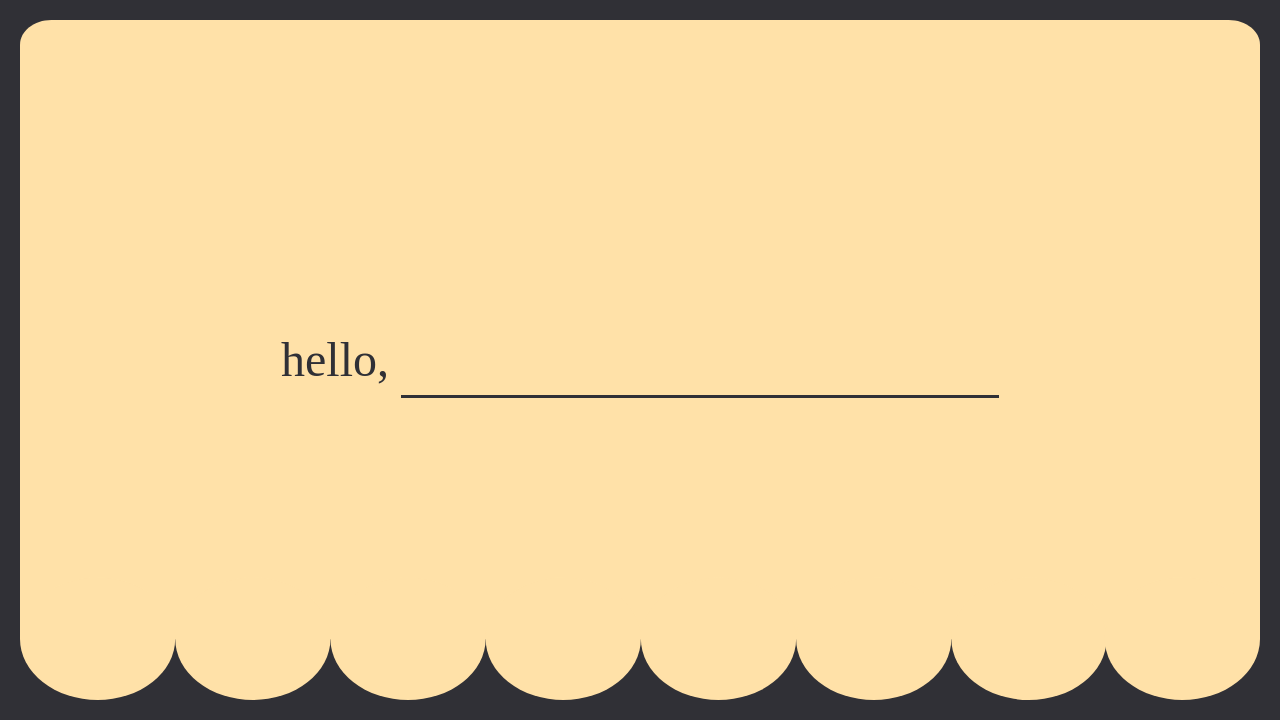
Repository: zhangolivia7/rot-recovery
Page: /
An editor plug-in stored every save of this project. The page is shown before and after the next save, followed by the edit.
The browser window is 1280 px wide. The pictures show the whole page.
Some web fonts or font styles are not loaded; a fallback is used. The project was rebuilt for these pictures with package versions that can differ from the ones it lists, and the page was loaded fresh each time. The framework's server and built-in components were replaced by stand-ins that run in the browser. Also part of the build but not shown: next.config.ts.

Above is the page before, as saved 2025-03-29 18:10:33.

### src/app/layout.tsx
import type { Metadata } from "next";
import { Geist, Geist_Mono } from "next/font/google";
import "./globals.css";

const geistSans = Geist({
  variable: "--font-geist-sans",
  subsets: ["latin"],
});

const geistMono = Geist_Mono({
  variable: "--font-geist-mono",
  subsets: ["latin"],
});

export const metadata: Metadata = {
  title: "Rot Recovery",
  description: "it's comeback time.",
};

export default function RootLayout({
  children,
}: Readonly<{
  children: React.ReactNode;
}>) {
  return (
    <html lang="en">
      <body
        className={`${geistSans.variable} ${geistMono.variable} antialiased`}
      >
        {children}
      </body>
    </html>
  );
}

### src/app/page.tsx
'use client'
import { SetStateAction, useState } from "react";
import { useWindowSize } from 'react-use';
import Confetti from 'react-confetti-boom';

export default function Home() {
  const [name, setName] = useState("");
  const [tasks, setTasks] = useState<{ id: number; text: string }[]>([]);
  const [timeframe, setTimeframe] = useState("");
  const [newTask, setNewTask] = useState("");
  const [schedule, setSchedule] = useState<string>(""); //store groqAPI response
  const [loading, setLoading] = useState<boolean>(false);

  // Update name
  const updateName = (e: React.ChangeEvent<HTMLInputElement>) => {
    setName(e.target.value);
    console.log(name);
  };

  // Update task text
  const updateTaskText = (id: number, text: string) => {
    setTasks(tasks.map(task => (task.id === id ? { ...task, text } : task)));
  };

  // Delete a task
  const deleteTask = (id: number) => {
    setTasks(tasks.filter(task => task.id !== id));
  };

  // Add new task when Enter is pressed
  const handleKeyDown = (e: React.KeyboardEvent<HTMLInputElement>) => {
    if (e.key === "Enter" && newTask.trim() !== "") {
      setTasks([...tasks, { id: Date.now(), text: newTask }]);
      setNewTask("");
    }
  };

  // Send tasks and timeframe to ChatGPT API and update schedule
  const handleSubmit = async () => {
    if (tasks.length === 0 || timeframe.trim() === "") {
      alert("Please enter tasks and a timeframe.");
      return;
    }

    setLoading(true); // Show loading state

    // Prepare message for Groq
    var prompt = "";

    if (name.toLowerCase() === "leslie") {
      prompt = `ALWAYS USE <b> IF YOU NEED TO BOLD YOUR RESPONSES!!! DO NOT USE DOUBLE ASTERICKS\nHey! You're talking to my friend ${name}, who's been bedrotting and has ${timeframe} to get back on track! Here's what ${name} has to get done':\n` +
        tasks.map((task, index) => `${index + 1}. ${task.text}`).join("\n") +
        `\n\nShe REALLY likes Hatsune Miku, so pretending you're Hatsune Miku and including Hatsune Miku references, give them a structured, realistic schedule based on the current time and amount of time they have to work in this schedule format:\n[Introduction message (make sure you introduce yourself as Hatsune Miku)]\n[00:00-##:##: <b>Task</b>, bit of encouragement and tips on how to complete the task well] and repeat this structure. Here's an example: <b>[Greeting]</b>\n\nHere's your customized schedule: \n\n<b>00:00-00:30: Finish Math Homework,</b> Leslie-chan! Take a deep breath and dive into your math problems. Focus on one question at a time, and make sure you understand each concept before moving on to the next. You got this!\n\n<b>00:30-01:15: Watch Algorithms Class Lecture.</b> Take a short break to grab a snack or stretch, and then settle in to watch your lecture. Take notes on important points, and don't hesitate to pause the video if you need to review something.\n\n<b>01:15-03:00: Study for Linear Algebra Test.</b> You're almost there, Leslie-chan! Review your notes and textbook, and try to summarize key concepts in your own words. Make flashcards or create a concept map to help you visualize the material.\n\n[Closing message with Hatsune Miku references]`;
    } else {
      prompt = `ALWAYS USE <b> IF YOU NEED TO BOLD YOUR RESPONSES!!! DO NOT USE DOUBLE ASTERICKS. Hey! You're talking to my friend ${name}, who's been bedrotting and has ${timeframe} to get back on track! Here's what ${name} has to get done':\n` +
        tasks.map((task, index) => `${index + 1}. ${task.text}`).join("\n") +
        `\n\nIn a fun, chill tone, give them a structured, realistic schedule based on the current time and amount of time they have to work in this schedule format:\n[Introduction message]\n<b>00:00-##:##: Task</b>, bit of encouragement and tips on how to complete the task well. Repeat this structure. Here's an example: <b>[Greeting]</b>\n\nHere's your customized schedule:\n\n<b>00:00-00:20: History Studying,</b> Let's get that history test prep started! Focus on reviewing your notes, making flashcards, and going over any tricky dates or events. You got this, Bob!\n\n<b>00:20-00:45: English Essay Brainstorm,</b> Time to get those creative juices flowing! Take 10-15 minutes to brainstorm ideas for your essay, then organize your thoughts into an outline. Remember, a solid outline will make the writing process so much smoother!\n\n<b>00:45-01:10: Math Homework</b>, Math homework can be a real challenge, but you're almost there! Focus on one problem at a time, and don't be afraid to take breaks if you get stuck. You've got this, Bob! You're so close to finishing!\n\n<b>01:10-02:00: Write That Essay,</b> It's time to put your thoughts into words! Take your outline and start writing that essay. Remember to stay focused, and don't worry too much about grammar or spelling at this stage. Just get your ideas down on paper!\n\n[Closing message]`;
    }

    try {
      const response = await fetch("/api/generate-schedule", {
        method: "POST",
        headers: { "Content-Type": "application/json" },
        body: JSON.stringify({ prompt }),
      });

      const data = await response.json();
      setSchedule(data.schedule); // Store response
    } catch (error) {
      console.error("Error fetching schedule:", error);
      setSchedule("Failed to generate schedule. Try again.");
    } finally {
      setLoading(false);
    }

    // Scroll to the schedule section
    document.getElementById("next-section")?.scrollIntoView({ behavior: "smooth" });
  };

  return (
    <div className={`h-screen snap-y snap-mandatory ${name.trim() === "" ? "overflow-hidden" : "overflow-y-scroll"}`}>
      {/* Section 1 */}
      <section id="sec1" className="h-screen flex justify-center items-center snap-start relative overflow-hidden">
        {/* SVG Background with exact 10px margin on all sides */}
        <div className="absolute top-[20px] left-[20px] right-[20px] bottom-[20px] z-0">
          <svg
            viewBox="0 0 1382 961"
            fill="none"
            xmlns="http://www.w3.org/2000/svg"
            className="w-full h-full"
            preserveAspectRatio="none"
          >
            <path d="M0 35C0 15.6701 15.67 0 35 0H1347C1366.33 0 1382 15.67 1382 35V875H0V35Z" fill="#FFE1A8" />
            <circle cx="86.5" cy="874.5" r="86.5" fill="#FFE1A8" />
            <circle cx="259.5" cy="874.5" r="86.5" fill="#FFE1A8" />
            <circle cx="432.5" cy="874.5" r="86.5" fill="#FFE1A8" />
            <circle cx="605.5" cy="874.5" r="86.5" fill="#FFE1A8" />
            <circle cx="778.5" cy="874.5" r="86.5" fill="#FFE1A8" />
            <circle cx="951.5" cy="874.5" r="86.5" fill="#FFE1A8" />
            <circle cx="1124.5" cy="874.5" r="86.5" fill="#FFE1A8" />
            <circle cx="1295.5" cy="874.5" r="86.5" fill="#FFE1A8" />
          </svg>
        </div>

        {/* Foreground content */}
        <main className="z-10 flex flex-col gap-[32px] row-start-2 items-center sm:items-start">
          <div id="s1">
            <h1>
              hello, <input type="text" id="helloText" value={name} onChange={updateName} />
            </h1>
          </div>
        </main>
      </section>


      {name.trim() !== "" && (
        <>
          {/* Section 2 */}
          <section className="h-screen flex flex-col items-center snap-start">
            <div id="sec2" className="w-full h-full flex flex-col justify-start items-center pt-0">
              {name.toLowerCase() === "leslie" ? (
                // Special SVG for Leslie
                <svg width="724" height="509" viewBox="0 0 724 509" fill="none" xmlns="http://www.w3.org/2000/svg">
                  <path d="M495 354.5C491.4 354.5 469.167 355.833 458.5 356.5L460 359L528.5 363L525.5 359C516.833 357.5 498.6 354.5 495 354.5Z" fill="#88D0C7" />
                  <path d="M558 413L503.5 434.5L547 451L586 425L558 413Z" fill="#8A8585" />
                  <circle cx="545.624" cy="378" r="25" fill="#FFE1A8" />
                  <path d="M336.624 363C375.024 348.6 487.291 357 538.624 363L542.624 397C534.624 399.667 512.224 405.4 486.624 407C461.024 408.6 347.957 445 294.624 463C271.124 474.333 212.524 497 166.124 497C108.124 497 48.1241 453 50.1241 463C51.7241 471 30.7908 497 20.1241 509C12.7908 504.333 -1.4759 491.8 0.124102 479C1.7241 466.2 26.1241 437.667 38.1241 425L156.124 449C144.791 428.333 128.924 382.2 156.124 363C190.124 339 288.624 381 336.624 363Z" fill="#FFE1A8" />
                  <path d="M455.601 453.39C444.301 452.836 398.096 425.701 378.624 407L412.829 390.125C421.464 391.114 453.014 384.686 455.601 396.594C458.836 411.478 493.917 434.314 524.131 436.079C554.345 437.844 558.339 448.801 544.659 456.342C530.98 463.883 469.726 454.083 455.601 453.39Z" fill="#FFE1A8" />
                  <path d="M529 359C505.167 359.167 455.8 360.1 449 362.5C440.5 365.5 408.5 380.5 403 386.5C397.5 392.5 387.5 398 385.5 406C383.9 412.4 384.833 415.333 385.5 416C381.167 412.5 372.8 404.1 374 398.5C375.423 391.858 379.997 387.017 382.597 386.539C380.62 386.631 375.704 386.944 375 388C374.2 389.2 373.333 390.833 373 391.5C373.167 386.667 374.9 376.1 380.5 372.5C387.5 368 403.5 358.5 417 357C430.5 355.5 463 353 473.5 353C484 353 521.5 357 524 357C526 357 528.167 358.333 529 359Z" fill="#88D0C7" />
                  <path d="M550 371.5C553.2 374.3 558.667 374.667 561 374.5L554 369.5L541 362H550C548 361 543 359 539 359C535 359 529.167 360.5 526.5 361.5C525.667 360.5 523.5 359 525.5 359C528 359 534.5 352.5 541 351.5C547.5 350.5 557 353 561 355C564.2 356.6 567.167 361 567.5 364C568.333 364.5 569 368.3 571 371.5C573.5 375.5 567 396 566 397C565 398 547.5 406.5 544 406.5C540.5 406.5 436.5 434 411 446C385.5 458 297 481.5 291.5 481C287.1 480.6 276.333 476.5 271.5 474.5C275.667 475.5 284.7 476.7 287.5 473.5C290.3 470.3 305.667 466.167 313 464.5H301C295 464.5 287.167 470.5 284 473.5C285.5 471 289.1 465.7 291.5 464.5C293.9 463.3 303.833 457.667 308.5 455C312 454.833 320.8 453.6 328 450C337 445.5 433 410.5 454.5 406.5C471.7 403.3 512.333 398.833 530.5 397C535 398.5 545.2 401.5 550 401.5C553.076 401.5 557.203 399.266 560.091 397.493C558.356 397.618 556.601 396.675 554 397C550.8 397.4 544 391.167 541 388H550C554.8 388 559.333 385.667 561 384.5C558.167 383.333 552 380.6 550 379C548 377.4 545.167 368.333 544 364C544.667 365.333 546.8 368.7 550 371.5Z" fill="#88D0C7" />
                  <path d="M724 -9L586 425L558 413L507.5 433L3 -9H724Z" fill="#F8F2EC" fill-opacity="0.5" />
                  <path d="M531.5 350L529 360.5L526 362L527.5 348L531.5 350Z" fill="#9C4066" />
                  <path d="M543 411.5L530 397.5V397L525.5 397.5L535 408.5L531 409.5L534 411.5H543Z" fill="#9C4066" />
                </svg>
              ) : (
                // Default SVG
                <svg width="724" height="509" viewBox="0 0 724 509" fill="none" xmlns="http://www.w3.org/2000/svg">
                  <path d="M558 413L503.5 434.5L547 451L586 425L558 413Z" fill="#8A8585" />
                  <circle cx="545.624" cy="378" r="25" fill="#FFE1A8" />
                  <path d="M336.624 363C375.024 348.6 487.291 357 538.624 363L542.624 397C534.624 399.667 512.224 405.4 486.624 407C461.024 408.6 347.957 445 294.624 463C271.124 474.333 212.524 497 166.124 497C108.124 497 48.1241 453 50.1241 463C51.7241 471 30.7908 497 20.1241 509C12.7908 504.333 -1.4759 491.8 0.124102 479C1.7241 466.2 26.1241 437.667 38.1241 425L156.124 449C144.791 428.333 128.924 382.2 156.124 363C190.124 339 288.624 381 336.624 363Z" fill="#FFE1A8" />
                  <path d="M455.601 453.39C444.301 452.836 398.096 425.701 378.624 407L412.829 390.125C421.464 391.114 453.014 384.686 455.601 396.594C458.836 411.478 493.917 434.314 524.131 436.079C554.345 437.844 558.339 448.801 544.659 456.342C530.98 463.883 469.726 454.083 455.601 453.39Z" fill="#FFE1A8" />
                  <path d="M724 -9L586 425L558 413L507.5 433L3 -9H724Z" fill="#F8F2EC" fillOpacity="0.5" />
                </svg>
              )}
              <h1 className="text-3xl mt-4">so you've been rotting...</h1>
            </div>
          </section>

          {/* Section 3 */}
          <section className="h-screen flex flex-col items-center justify-center snap-start">
            <div id="form">
              <h1 className="text-3xl">let's get back on track, {name}</h1>

              {/* Timeframe Input */}
              <input
                className="border p-2 w-80 mt-2"
                placeholder="Timeframe (e.g., 2 hours)"
                value={timeframe}
                onChange={(e) => setTimeframe(e.target.value)}
              />

              {/* To-Do List */}
              <div className="mt-4">
                <h2 className="text-lg font-bold">Enter your tasks</h2>
                <ul className="mt-3 space-y-2">
                  {tasks.map(task => (
                    <li key={task.id} className="flex items-center space-x-2">
                      <input
                        type="text"
                        value={task.text}
                        onChange={(e) => updateTaskText(task.id, e.target.value)}
                        className="border-b focus:outline-none bg-transparent w-full"
                      />
                      <button onClick={() => deleteTask(task.id)} className="text-lg">
                        ✕
                      </button>
                    </li>
                  ))}
                </ul>
              </div>

              {/* Add Task Input */}
              <input
                className="border p-2 w-80 mt-2"
                placeholder="Add a task and hit enter"
                value={newTask}
                onChange={(e) => setNewTask(e.target.value)}
                onKeyDown={handleKeyDown}
              />

              {/* Submit Button */}
              <button
                onClick={handleSubmit}
                className="mt-4 p-2 rounded-md"
              >
                {loading ? "Generating..." : "That's It"}
              </button>
            </div>
          </section>

          {/* Next Section - Display Schedule */}
          {schedule && (
            <section id="next-section" className="h-screen flex justify-center items-center snap-start">
              <div className="text-center max-w-xl">
                <h1 className="text-3xl mb-4">your schedule</h1>
                {loading ? (
                  <p className="text-lg">Generating your schedule...</p>
                ) : (
                  <p
                    className="whitespace-pre-wrap"
                    dangerouslySetInnerHTML={{ __html: schedule || "Your schedule will appear here." }}
                  />
                )}
              </div>
            </section>
          )}
        </>
      )}
    </div>
  );
}

### src/app/globals.css
@import url('https://fonts.googleapis.com/css2?family=Shrikhand&display=swap');
@import "tailwindcss";

@theme inline {
  --color-background: var(--background);
  --color-foreground: var(--foreground);
  --font-sans: var(--font-geist-sans);
  --font-mono: var(--font-geist-mono);
  --font-shrikhand: 'Shrikhand', cursive;
}

:root {
  --background: #303036;
  --foreground: #f1e4cc;
}

@media (prefers-color-scheme: dark) {
  :root {
    --background: #303036;
    --foreground: #f1e4cc;
  }
}

html {
  scroll-behavior: smooth;
}

.h-screen {
  height: 100vh;
}

.overflow-y-scroll {
  overflow-y: scroll;
}

.snap-y {
  scroll-snap-type: y mandatory;
}

.snap-start {
  scroll-snap-align: start;
}

body {
  background: var(--background);
  color: var(--foreground);
}

h1 {
  font-size: 3em;
}

#helloText {
  border-bottom: 3px solid var(--background);
}

#helloText:focus {
  outline: none;
}

#sec2 {
  display: flex;
  flex-direction: column;
  gap: 30px;
}

#form {
  display: flex;
  flex-direction: column;
  margin: 10px;
}

#s1 h1 {
  color: var(--background);
  font-family: var(--font-shrikhand);
}

#s1 input {
  font-family: Verdana, Geneva, Tahoma, sans-serif;
  font-weight: 400;
}

After the next save:
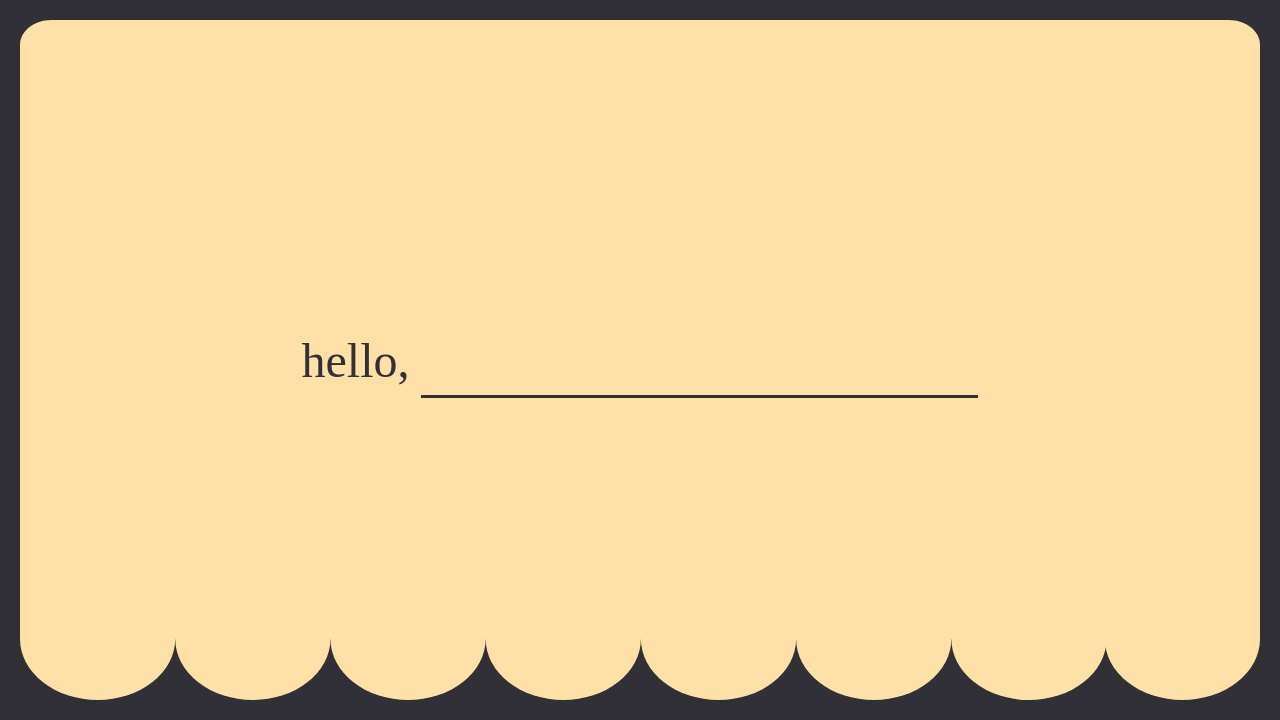
Saved 11 s later.
--- a/src/app/globals.css
+++ b/src/app/globals.css
@@ -76,6 +76,6 @@ h1 {
 }
 
 #s1 input {
-  font-family: Verdana, Geneva, Tahoma, sans-serif;
+  font-family:'Gill Sans', 'Gill Sans MT', Calibri, 'Trebuchet MS', sans-serif;
   font-weight: 400;
 }
